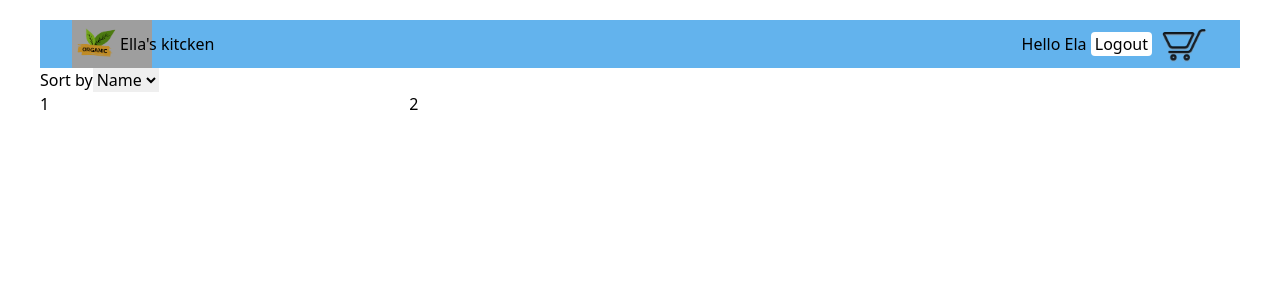
Repository: dgmihaela/eshop-counter
Page: / (app in eshop-counter/my-app/)
The author's editor kept a copy of each file at every save. The page is drawn from the files as they stood at one save, then again after the next save.
The browser window is 1280 px wide. The pictures show the whole page.
Pictures or frames that could not be fetched are drawn as grey boxes. The project was rebuilt for these pictures with package versions that can differ from the ones it lists, and the page was loaded fresh each time.

Above is the page before, as saved 2020-12-29 14:33:59.

After the next save:
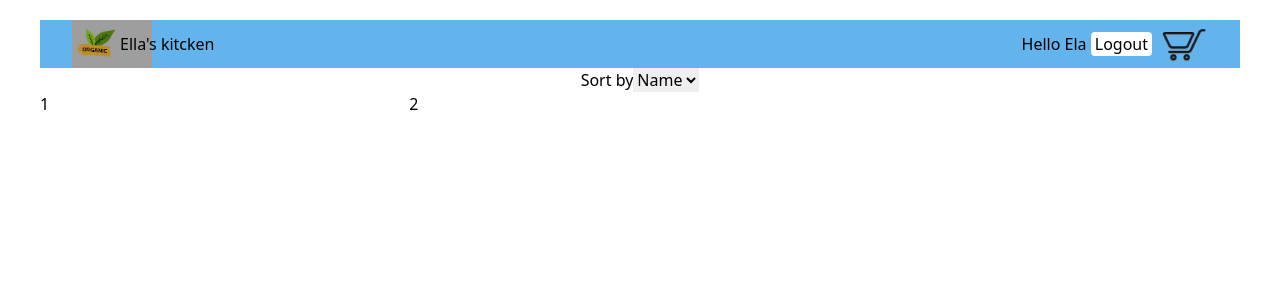
Saved 43 s later.
--- a/eshop-counter/my-app/src/components/Sorter.js
+++ b/eshop-counter/my-app/src/components/Sorter.js
@@ -2,8 +2,8 @@ import React from 'react';
 
 const Sorter = () => {
     return(
-        <div  className='sorter w-full'>
-            <div className='justify-center'>
+        <div  className='sorter w-full flex  justify-center'>
+            <div className=''>
             Sort by
             <select>
                 <option>Name</option>
